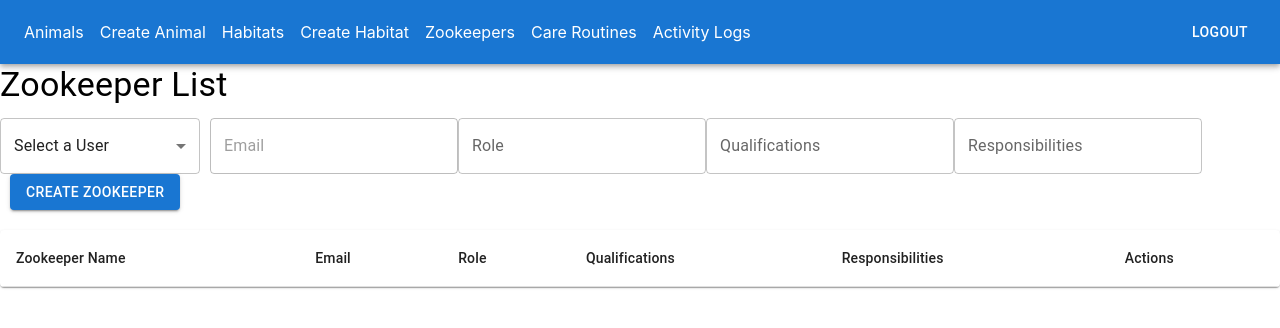
Repository: maomao7788/Digital-Zoo-Management1
Page: /zookeepers (app in frontend/)
The author's editor kept a copy of each file at every save. The page is drawn from the files as they stood at one save, then again after the next save.
The browser window is 1280 px wide. The pictures show the whole page.
The page's requests for data from a server got no answer. The project was rebuilt for these pictures with package versions that can differ from the ones it lists, and the page was loaded fresh each time. No one was signed in, and anything a server would have sent is missing. Also part of the build but not shown: frontend/src/pages/AnimalList.tsx, frontend/src/pages/CreateAnimal.tsx, frontend/src/pages/Login.tsx, frontend/src/components/PrivateRoute.tsx, frontend/src/pages/EditAnimal.tsx, frontend/src/pages/HabitatList.tsx, frontend/src/pages/CreateHabitat.tsx, frontend/src/pages/EditHabitat.tsx and 2 more.

Above is the page before, as saved 2025-03-04 20:49:58.

### frontend/src/index.tsx
  import React from 'react';
  import ReactDOM from 'react-dom/client';
  import './index.css';
  import App from './App';
  import reportWebVitals from './reportWebVitals';

  const root = ReactDOM.createRoot(
    document.getElementById('root') as HTMLElement
  );
  root.render(
    <React.StrictMode>
      <App />
    </React.StrictMode>
  );

  // If you want to start measuring performance in your app, pass a function
  // to log results (for example: reportWebVitals(console.log))
  // or send to an analytics endpoint. Learn more: https://bit.ly/CRA-vitals
  reportWebVitals();

### frontend/src/App.tsx
import { BrowserRouter as Router, Route, Routes, useNavigate } from 'react-router-dom';
import AnimalList from './pages/AnimalList';
import CreateAnimal from './pages/CreateAnimal';
import Login from './pages/Login';
import PrivateRoute from './components/PrivateRoute';
import { AppBar, Toolbar, Link, Button, Box } from '@mui/material';
import { logout } from './services/authApi';
import EditAnimal from './pages/EditAnimal';
import HabitatList from './pages/HabitatList';
import CreateHabitat from './pages/CreateHabitat';
import EditHabitat from './pages/EditHabitat';
import ZookeeperPage from './pages/ZookeeperPage';
import CareRoutinePage from './pages/CareRoutinePage';
import ActivityLogPage from './pages/ActivityLogPage';
import { Link as RouterLink } from 'react-router-dom';


function App() {
  const handleLogout = () => {
    logout();
    window.location.href = '/login';
  };

  return (
    <Router>
      <AppBar position="static">
        <Toolbar>
          <Link href="/" color="inherit" underline="none" sx={{ mr: 2 }}>Animals</Link>
          <Link href="/create" color="inherit" underline="none" sx={{ mr: 2 }}>Create Animal</Link>
          <Link href="/habitats" color="inherit" underline="none" sx={{ mr: 2 }}>Habitats</Link>
          <Link href="/create-habitat" color="inherit" underline="none" sx={{ mr: 2 }}>Create Habitat</Link>
          <Link component={RouterLink} to="/zookeepers" color="inherit" underline="none" sx={{ mr: 2 }}>
  Zookeepers
</Link>
<Link component={RouterLink} to="/care_routines" color="inherit" underline="none" sx={{ mr: 2 }}>
  Care Routines
</Link>
<Link component={RouterLink} to="/activity_logs" color="inherit" underline="none" sx={{ mr: 2 }}>
  Activity Logs
</Link>

          <Box sx={{ flexGrow: 1 }}></Box>
          <Button color="inherit" onClick={handleLogout}>Logout</Button>
        </Toolbar>
      </AppBar>

      <Routes>
        <Route path="/login" element={<Login />} />
        <Route path="/" element={<PrivateRoute><AnimalList /></PrivateRoute>} />
        <Route path="/create" element={<PrivateRoute><CreateAnimal /></PrivateRoute>} />
        <Route path="/edit/:id" element={<EditAnimal />} />
        <Route path="/habitats" element={<PrivateRoute><HabitatList /></PrivateRoute>} />
        <Route path="/create-habitat" element={<PrivateRoute><CreateHabitat /></PrivateRoute>} />
        <Route path="/edit-habitat/:id" element={<PrivateRoute><EditHabitat /></PrivateRoute>} />
        <Route path="/zookeepers" element={<ZookeeperPage />} />
        <Route path="/care_routines" element={<CareRoutinePage />} />
        <Route path="/activity_logs" element={<ActivityLogPage />} />


      </Routes>
    </Router>
  );
}

export default App;

### frontend/src/services/authApi.ts
import axios from 'axios';

const api = axios.create({
  baseURL: 'http://localhost:8000/zoo/api/',
});

export const login = (username: string, password: string) => {
  return api.post('token/', { username, password });
};

export const register = (username: string, email: string, password: string) => {
  return api.post('register/', { username, email, password });
};

export const logout = () => {
  localStorage.removeItem('access_token');
  localStorage.removeItem('refresh_token');
};

### frontend/src/pages/ZookeeperPage.tsx
import React, { useEffect, useState } from 'react';
import { useNavigate } from 'react-router-dom';
import { getZookeepers, createZookeeper, deleteZookeeper } from '../services/api';
import axios from 'axios';
import {
  Table,
  TableBody,
  TableCell,
  TableContainer,
  TableHead,
  TableRow,
  Paper,
  Typography,
  Button,
  TextField,
  Select,
  MenuItem,
  SelectChangeEvent,
} from '@mui/material';

interface User {
  id: number;
  username: string;
  email: string;
}

interface Zookeeper {
  id?: number;
  user: User;
  role: string;
  qualifications: string;
  responsibilities: string;
  email: string;
}

const ZookeeperPage: React.FC = () => {
  const [zookeepers, setZookeepers] = useState<Zookeeper[]>([]);
  const [users, setUsers] = useState<User[]>([]);
  const [newZookeeper, setNewZookeeper] = useState<Zookeeper>({
    user: { id: 0, username: '', email: '' },
    role: '',
    qualifications: '',
    responsibilities: '',
    email: '',
  });
  const navigate = useNavigate();

  useEffect(() => {
    loadZookeepers();
    loadUsers();
  }, []);

  // 加载 Zookeeper
  const loadZookeepers = async () => {
    try {
      const response = await getZookeepers();
      setZookeepers(response.data);
    } catch (error) {
      console.error('Error fetching zookeepers:', error);
    }
  };

  // 获取用户列表
  const loadUsers = async () => {
    try {
      const response = await axios.get('http://localhost:8000/zoo/api/users/');
      setUsers(response.data);
    } catch (error) {
      console.error('Error fetching users:', error);
    }
  };

  // 处理选择 User 自动填充 email
  const handleUserChange = (e: SelectChangeEvent<number>) => {
    const selectedUserId = Number(e.target.value);
    const selectedUser = users.find((user) => user.id === selectedUserId);
    if (selectedUser) {
      setNewZookeeper((prev) => ({
        ...prev,
        user: selectedUser, // ✅ 直接填充 User
        email: selectedUser.email, // ✅ 自动填充 email
      }));
    }
  };

  // 处理创建 Zookeeper
  const handleCreateZookeeper = async () => {
    try {
      if (!newZookeeper.user || typeof newZookeeper.user.id !== "number" || newZookeeper.user.id <= 0) {
        alert("Please select a valid user!");
        return;
      }
      await createZookeeper({
        user: newZookeeper.user.id,
        role: newZookeeper.role,
        qualifications: newZookeeper.qualifications,
        responsibilities: newZookeeper.responsibilities,
        email: newZookeeper.email, // ✅ 直接使用 User 的 email
      });
      alert("Zookeeper created successfully! ✅");
      loadZookeepers();
    } catch (error) {
      console.error('Error creating zookeeper:', error);
      alert("Failed to create Zookeeper ❌");
    }
  };

  // 处理删除 Zookeeper
  const handleDeleteZookeeper = async (id: number) => {
    const confirmDelete = window.confirm("Are you sure you want to delete this Zookeeper? ⚠️");
    if (!confirmDelete) return;

    try {
      await deleteZookeeper(id);
      alert("Zookeeper deleted successfully! ✅");
      loadZookeepers();
    } catch (error) {
      console.error('Error deleting zookeeper:', error);
      alert("Failed to delete Zookeeper ❌");
    }
  };

  return (
    <div>
      <Typography variant="h4" gutterBottom>
        Zookeeper List
      </Typography>
      <div style={{ marginBottom: 20 }}>
        <Select
          value={newZookeeper.user.id || ""}
          onChange={handleUserChange}
          displayEmpty
          style={{ marginRight: 10, minWidth: 200 }}
        >
          <MenuItem value="">Select a User</MenuItem>
          {users.map((user) => (
            <MenuItem key={user.id} value={user.id}>{user.username}</MenuItem>
          ))}
        </Select>

        <TextField label="Email" value={newZookeeper.email} disabled />
        <TextField label="Role" value={newZookeeper.role} onChange={(e) => setNewZookeeper({ ...newZookeeper, role: e.target.value })} />
        <TextField label="Qualifications" value={newZookeeper.qualifications} onChange={(e) => setNewZookeeper({ ...newZookeeper, qualifications: e.target.value })} />
        <TextField label="Responsibilities" value={newZookeeper.responsibilities} onChange={(e) => setNewZookeeper({ ...newZookeeper, responsibilities: e.target.value })} />
        <Button variant="contained" color="primary" onClick={handleCreateZookeeper} style={{ marginLeft: 10 }}>
          Create Zookeeper
        </Button>
      </div>

      <TableContainer component={Paper}>
        <Table>
          <TableHead>
            <TableRow>
              <TableCell>Zookeeper Name</TableCell>
              <TableCell>Email</TableCell>
              <TableCell>Role</TableCell>
              <TableCell>Qualifications</TableCell>
              <TableCell>Responsibilities</TableCell>
              <TableCell>Actions</TableCell>
            </TableRow>
          </TableHead>
          <TableBody>
            {zookeepers.map(zookeeper => (
              <TableRow key={zookeeper.id}>
                <TableCell>{zookeeper.user.username}</TableCell>
                <TableCell>{zookeeper.user.email}</TableCell>
                <TableCell>{zookeeper.role}</TableCell>
                <TableCell>{zookeeper.qualifications}</TableCell>
                <TableCell>{zookeeper.responsibilities}</TableCell>
                <TableCell>
                  <Button variant="contained" color="secondary" onClick={() => navigate(`/edit-zookeeper/${zookeeper.id}`)}>
                    Edit
                  </Button>
                  <Button variant="contained" color="error" onClick={() => handleDeleteZookeeper(zookeeper.id!)} style={{ marginLeft: 10 }}>
                    Delete
                  </Button>
                </TableCell>
              </TableRow>
            ))}
          </TableBody>
        </Table>
      </TableContainer>
    </div>
  );
};

export default ZookeeperPage;

### frontend/src/services/api.ts
import axios from 'axios';

const api = axios.create({
  baseURL: 'http://localhost:8000/zoo/api/',
});
api.interceptors.request.use(
  (config) => {
    const token = localStorage.getItem('token');
    if (token) {
      config.headers.Authorization = `Bearer ${token}`;
    }
    return config;
  },
  (error) => Promise.reject(error)
);


api.interceptors.response.use(
  (response) => response,
  (error) => {
    if (error.response && error.response.status === 401) {
      localStorage.removeItem('token');
      window.location.href = '/login';
    }
    return Promise.reject(error);
  }
);
export const getAnimals = () => api.get('animals/');
export const getAnimalById = (id: number) => api.get(`animals/${id}/`);
export const createAnimal = (data: object) => api.post('animals/', data);
export const updateAnimal = (id: number, data: object) => api.put(`animals/${id}/`, data);
export const deleteAnimal = (id: number) => api.delete(`animals/${id}/`);
export const getHabitats = () => api.get('habitats/');
export const createHabitat = (data: any) => api.post('habitats/', data);
export const updateHabitat = (id: number, data: any) => api.put(`habitats/${id}/`, data);
export const deleteHabitat = (id: number) => api.delete(`habitats/${id}/`);

export const getZookeepers = () => api.get('zookeepers/');
export const getZookeeperById = (id: number) => api.get(`zookeepers/${id}/`);
export const createZookeeper = (data: { user: number, role: string, qualifications: string, responsibilities: string, email: string }) =>
  api.post('zookeepers/', data);
export const updateZookeeper = (id: number, data: object) => api.put(`zookeepers/${id}/`, data);
export const deleteZookeeper = (id: number) => api.delete(`zookeepers/${id}/`);

export const getCareRoutines = async () => api.get('care-routines/');
export const createCareRoutine = async (data: object) => api.post('care-routines/', data);
export const deleteCareRoutine = async (id: number) => api.delete(`care-routines/${id}/`);

export const getTasks = async () => api.get('tasks/');
export const getTaskById = async (id: number) => api.get(`tasks/${id}/`);
export const createTask = async (data: object) => api.post('tasks/', data);
export const updateTaskStatus = async (id: number, status: string) =>api.put(`tasks/${id}/`, { status });
export const deleteTask = async (id: number) => api.delete(`tasks/${id}/`);

export const getActivityLogs = async () => api.get('activity-logs/');
export default api;

Loaded but not shown: frontend/public/index.html (common file); frontend/src/index.css (common file); frontend/src/reportWebVitals.ts (common file)

After the next save:
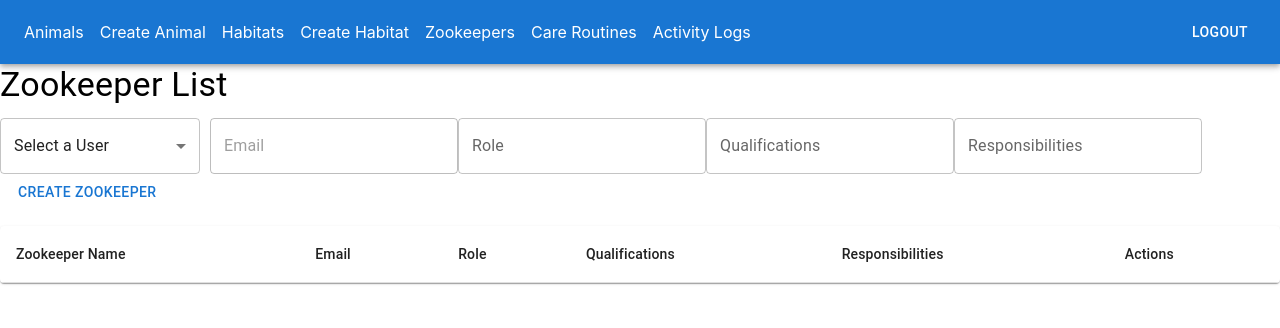
Saved 86 s later.
--- a/frontend/src/pages/ZookeeperPage.tsx
+++ b/frontend/src/pages/ZookeeperPage.tsx
@@ -1,6 +1,6 @@
 import React, { useEffect, useState } from 'react';
 import { useNavigate } from 'react-router-dom';
-import { getZookeepers, createZookeeper, deleteZookeeper } from '../services/api';
+import { getZookeepers, createZookeeper, deleteZookeeper} from '../services/api';
 import axios from 'axios';
 import {
   Table,
@@ -15,7 +15,7 @@ import {
   TextField,
   Select,
   MenuItem,
-  SelectChangeEvent,
+  SelectChangeEvent
 } from '@mui/material';
 
 interface User {
@@ -50,7 +50,6 @@ const ZookeeperPage: React.FC = () => {
     loadUsers();
   }, []);
 
-  // 加载 Zookeeper
   const loadZookeepers = async () => {
     try {
       const response = await getZookeepers();
@@ -60,7 +59,6 @@ const ZookeeperPage: React.FC = () => {
     }
   };
 
-  // 获取用户列表
   const loadUsers = async () => {
     try {
       const response = await axios.get('http://localhost:8000/zoo/api/users/');
@@ -70,20 +68,18 @@ const ZookeeperPage: React.FC = () => {
     }
   };
 
-  // 处理选择 User 自动填充 email
   const handleUserChange = (e: SelectChangeEvent<number>) => {
     const selectedUserId = Number(e.target.value);
     const selectedUser = users.find((user) => user.id === selectedUserId);
     if (selectedUser) {
       setNewZookeeper((prev) => ({
         ...prev,
-        user: selectedUser, // ✅ 直接填充 User
-        email: selectedUser.email, // ✅ 自动填充 email
+        user: selectedUser,
+        email: selectedUser.email,
       }));
     }
   };
 
-  // 处理创建 Zookeeper
   const handleCreateZookeeper = async () => {
     try {
       if (!newZookeeper.user || typeof newZookeeper.user.id !== "number" || newZookeeper.user.id <= 0) {
@@ -97,26 +93,9 @@ const ZookeeperPage: React.FC = () => {
         responsibilities: newZookeeper.responsibilities,
         email: newZookeeper.email, // ✅ 直接使用 User 的 email
       });
-      alert("Zookeeper created successfully! ✅");
       loadZookeepers();
     } catch (error) {
       console.error('Error creating zookeeper:', error);
-      alert("Failed to create Zookeeper ❌");
-    }
-  };
-
-  // 处理删除 Zookeeper
-  const handleDeleteZookeeper = async (id: number) => {
-    const confirmDelete = window.confirm("Are you sure you want to delete this Zookeeper? ⚠️");
-    if (!confirmDelete) return;
-
-    try {
-      await deleteZookeeper(id);
-      alert("Zookeeper deleted successfully! ✅");
-      loadZookeepers();
-    } catch (error) {
-      console.error('Error deleting zookeeper:', error);
-      alert("Failed to delete Zookeeper ❌");
     }
   };
 
@@ -125,29 +104,30 @@ const ZookeeperPage: React.FC = () => {
       <Typography variant="h4" gutterBottom>
         Zookeeper List
       </Typography>
-      <div style={{ marginBottom: 20 }}>
+      <div>
         <Select
-          value={newZookeeper.user.id || ""}
-          onChange={handleUserChange}
-          displayEmpty
-          style={{ marginRight: 10, minWidth: 200 }}
-        >
-          <MenuItem value="">Select a User</MenuItem>
-          {users.map((user) => (
-            <MenuItem key={user.id} value={user.id}>{user.username}</MenuItem>
-          ))}
-        </Select>
+  value={newZookeeper.user.id || ""}
+  onChange={handleUserChange}
+  displayEmpty
+  style={{ marginRight: 10, minWidth: 200 }}
+>
+  <MenuItem value="">Select a User</MenuItem>
+  {users.map((user) => (
+    <MenuItem key={user.id} value={user.id}>{user.username}</MenuItem>
+  ))}
+</Select>
+
 
         <TextField label="Email" value={newZookeeper.email} disabled />
         <TextField label="Role" value={newZookeeper.role} onChange={(e) => setNewZookeeper({ ...newZookeeper, role: e.target.value })} />
         <TextField label="Qualifications" value={newZookeeper.qualifications} onChange={(e) => setNewZookeeper({ ...newZookeeper, qualifications: e.target.value })} />
         <TextField label="Responsibilities" value={newZookeeper.responsibilities} onChange={(e) => setNewZookeeper({ ...newZookeeper, responsibilities: e.target.value })} />
-        <Button variant="contained" color="primary" onClick={handleCreateZookeeper} style={{ marginLeft: 10 }}>
+        <Button  onClick={handleCreateZookeeper} style={{ marginLeft: 10 }}>
           Create Zookeeper
         </Button>
       </div>
 
-      <TableContainer component={Paper}>
+      <TableContainer component={Paper} sx={{ marginTop: 2 }}>
         <Table>
           <TableHead>
             <TableRow>
@@ -168,12 +148,8 @@ const ZookeeperPage: React.FC = () => {
                 <TableCell>{zookeeper.qualifications}</TableCell>
                 <TableCell>{zookeeper.responsibilities}</TableCell>
                 <TableCell>
-                  <Button variant="contained" color="secondary" onClick={() => navigate(`/edit-zookeeper/${zookeeper.id}`)}>
-                    Edit
-                  </Button>
-                  <Button variant="contained" color="error" onClick={() => handleDeleteZookeeper(zookeeper.id!)} style={{ marginLeft: 10 }}>
-                    Delete
-                  </Button>
+                  <Button  onClick={() => navigate(`/edit-zookeeper/${zookeeper.id}`)}>Edit</Button>
+                  <Button  onClick={() => deleteZookeeper(zookeeper.id!)}>Delete</Button>
                 </TableCell>
               </TableRow>
             ))}
